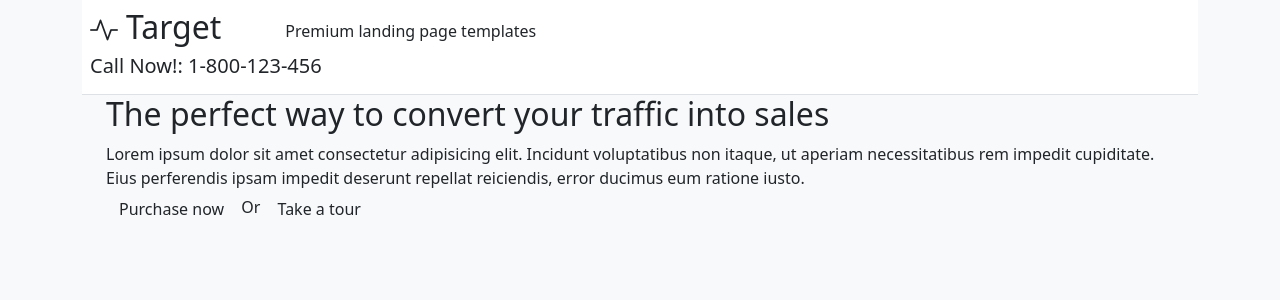
Repository: lyvandat/dh---bootstrap1
Page: index.html
The author's editor kept a copy of each file at every save. The page is drawn from the files as they stood at one save, then again after the next save.
The browser window is 1280 px wide. The pictures show the whole page.
Some web libraries are served in a nearby version.

Above is the page before, as saved 2022-11-01 20:00:45.

After the next save:
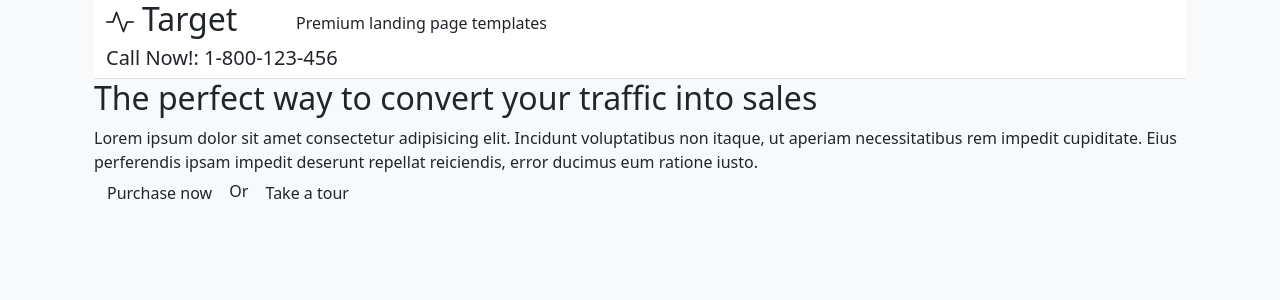
Saved 43 s later.
--- a/index.html
+++ b/index.html
@@ -19,9 +19,9 @@
     <title>Hello, world!</title>
   </head>
   <body class="bg-light">
-    <div class="container">
+    <div class="container px-4">
       <section
-        class="container align-items-center bg-white p-2 border-bottom border-gray"
+        class="container align-items-center bg-white border-bottom border-gray"
       >
         <div class="row">
           <div class="col-2 d-inline-flex me-2">
@@ -40,7 +40,7 @@
       </section>
 
       <!-- intro -->
-      <section class="px-4">
+      <section class="">
         <div>
           <h2>The perfect way to convert your traffic into sales</h2>
           <article>
